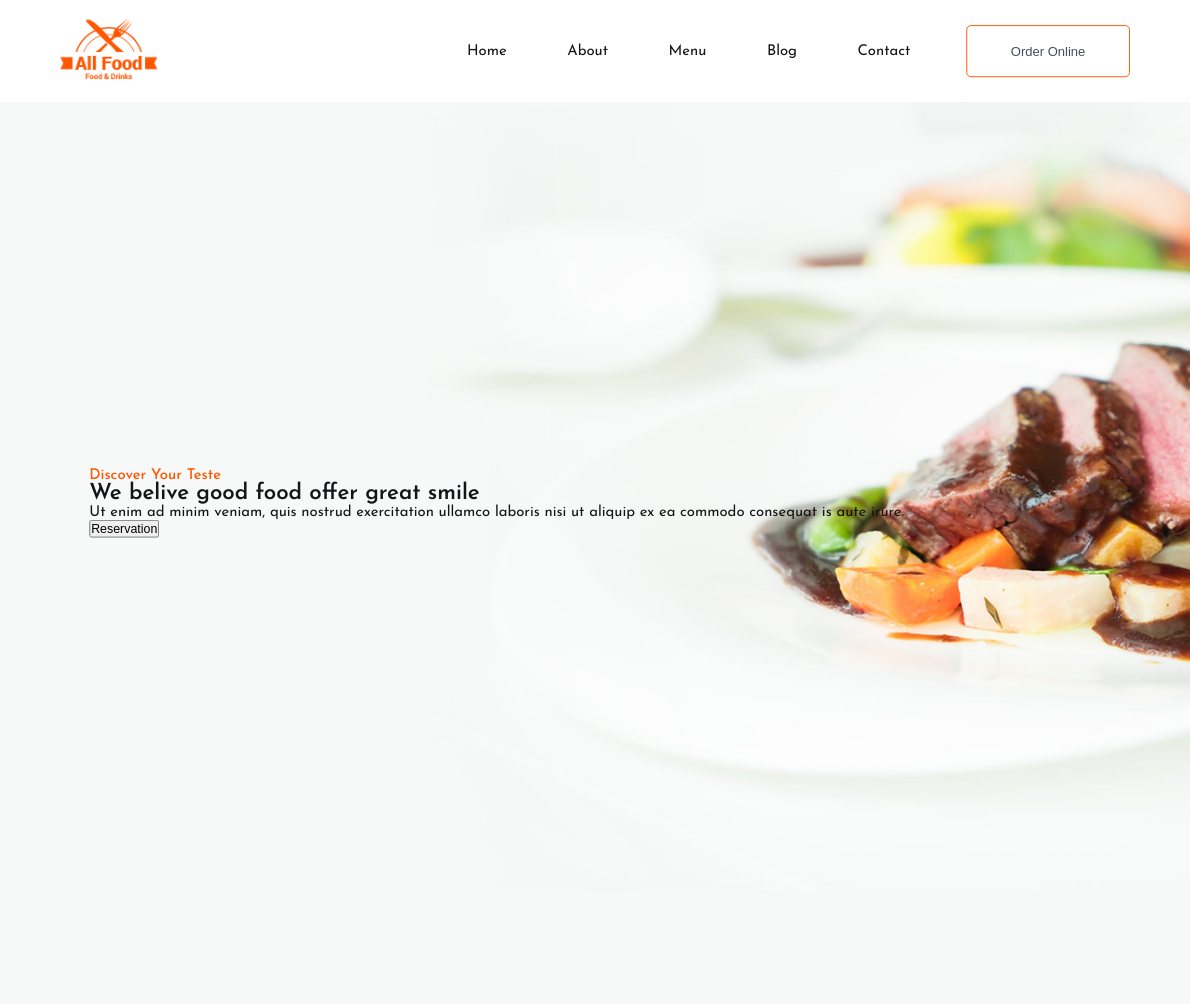
Repository: Ebtehal18/food
Page: index.html
These files come from the project's save history. The page is drawn as it stood at one moment and after the next save; the edit follows.
The browser window is 1280 px wide. The pictures show the whole page, at 93% of full size.

Above is the page before, as saved 2024-01-16 21:01:33.

After the next save:
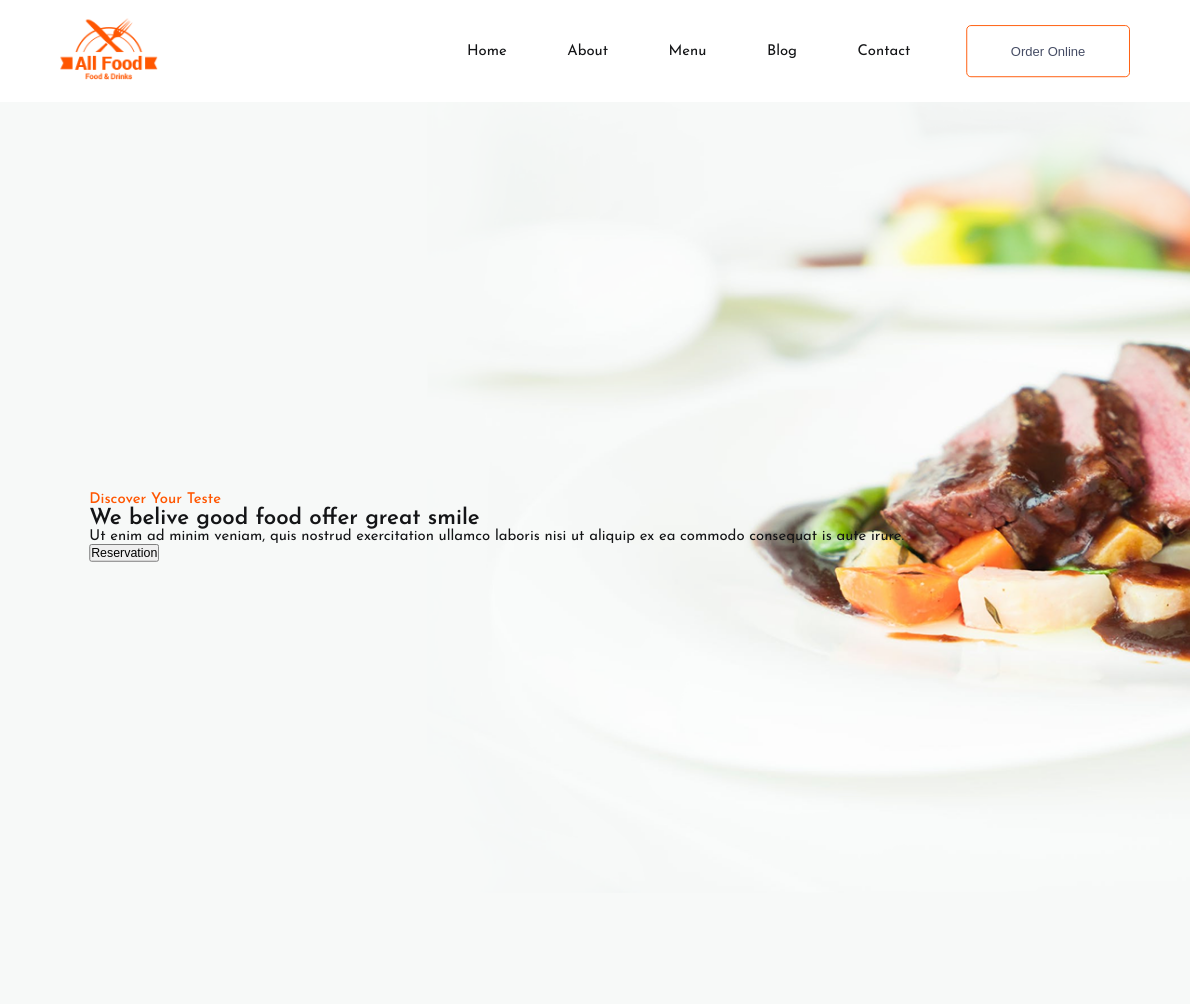
Saved 9 s later.
--- a/asessets/css/style.css
+++ b/asessets/css/style.css
@@ -163,7 +163,7 @@ body {
   margin-top: 0;
 }
 .hero .hero-content {
-  margin-top: 0;
+  margin-top: 53px;
 }
 .hero .hero-content span {
   color: #ff5600;
